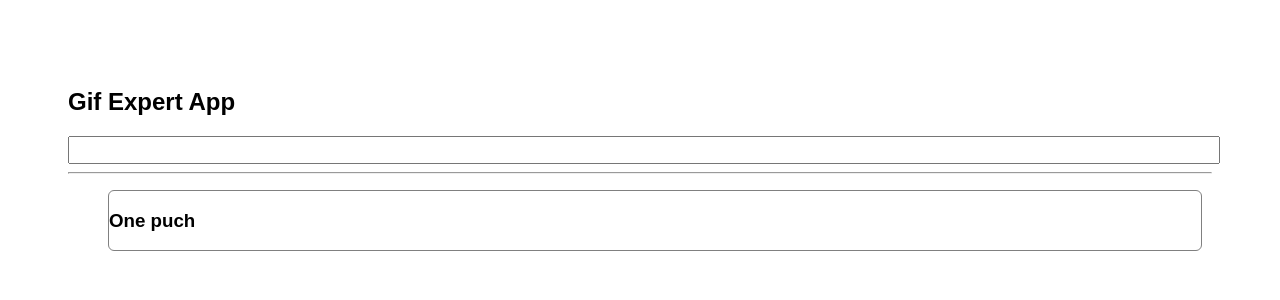
Repository: ppfeliuu/gifs-app
Page: /
An editor plug-in stored every save of this project. The page is shown before and after the next save, followed by the edit.
The browser window is 1280 px wide. The pictures show the whole page.
The page's requests for data from a server got no answer. The project was rebuilt for these pictures with package versions that can differ from the ones it lists, and the page was loaded fresh each time. No one was signed in, and anything a server would have sent is missing. Also part of the build but not shown: src/components/GifGridItem.js.

Above is the page before, as saved 2021-05-26 14:54:06.

After the next save:
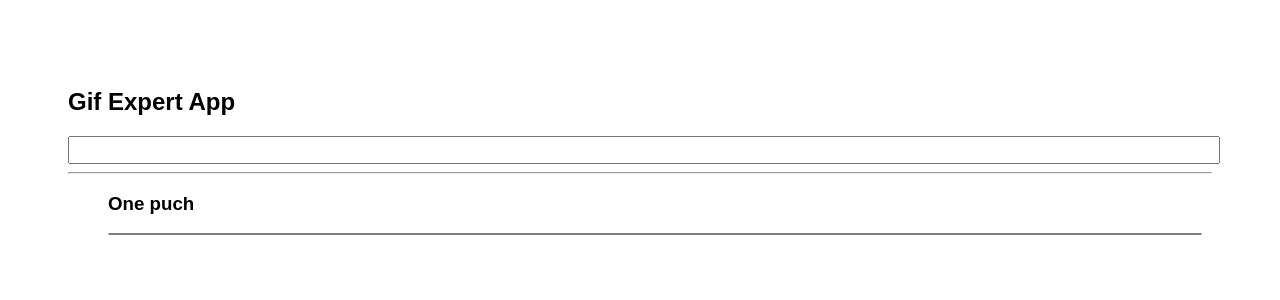
Saved 45 s later.
--- a/src/components/GifGrid.js
+++ b/src/components/GifGrid.js
@@ -27,12 +27,13 @@ export const GifGrid = ({ category }) => {
   };
 
   return (
-    <div className="card">
+    <>
       <h3>{category}</h3>
-
-      {images.map((img) => (
-        <GifGridItem key={img.id} {...img} />
-      ))}
-    </div>
+      <div className="card">
+        {images.map((img) => (
+          <GifGridItem key={img.id} {...img} />
+        ))}
+      </div>
+    </>
   );
 };
